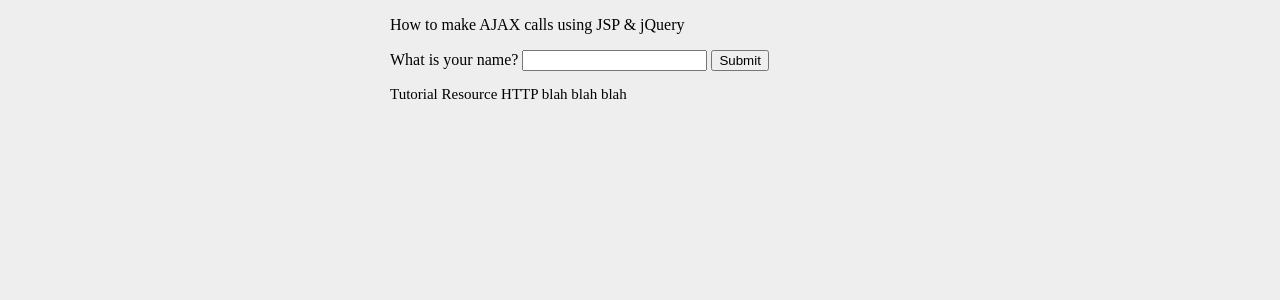
Repository: WillLiang918/Portfolio
Page: http://localhost/Task_Manager/portfolio.jsp
The author's editor kept a copy of each file at every save. The page is drawn from the files as they stood at one save, then again after the next save.
The browser window is 1280 px wide. The pictures show the whole page.
The page is served by Tomcat 9.

Above is the page before, as saved 2015-07-23 21:49:17.

After the next save:
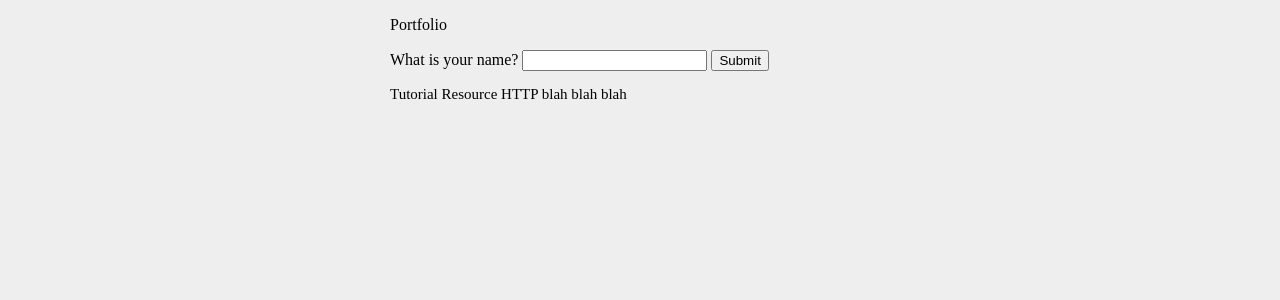
Saved 59 s later.
--- a/Task_Manager/WebContent/portfolio.jsp
+++ b/Task_Manager/WebContent/portfolio.jsp
@@ -9,7 +9,7 @@
 <link rel="stylesheet" href="css/basic.css" type="text/css" media="screen" />
 </head>
 <body>
-	<p class="Large">How to make AJAX calls using JSP & jQuery</p>
+	<p class="Large">Portfolio </p>
 	<form id="updateUsername">
 		<label for="username">What is your name?</label>
 		<input type="text" id="username" name="username" />
